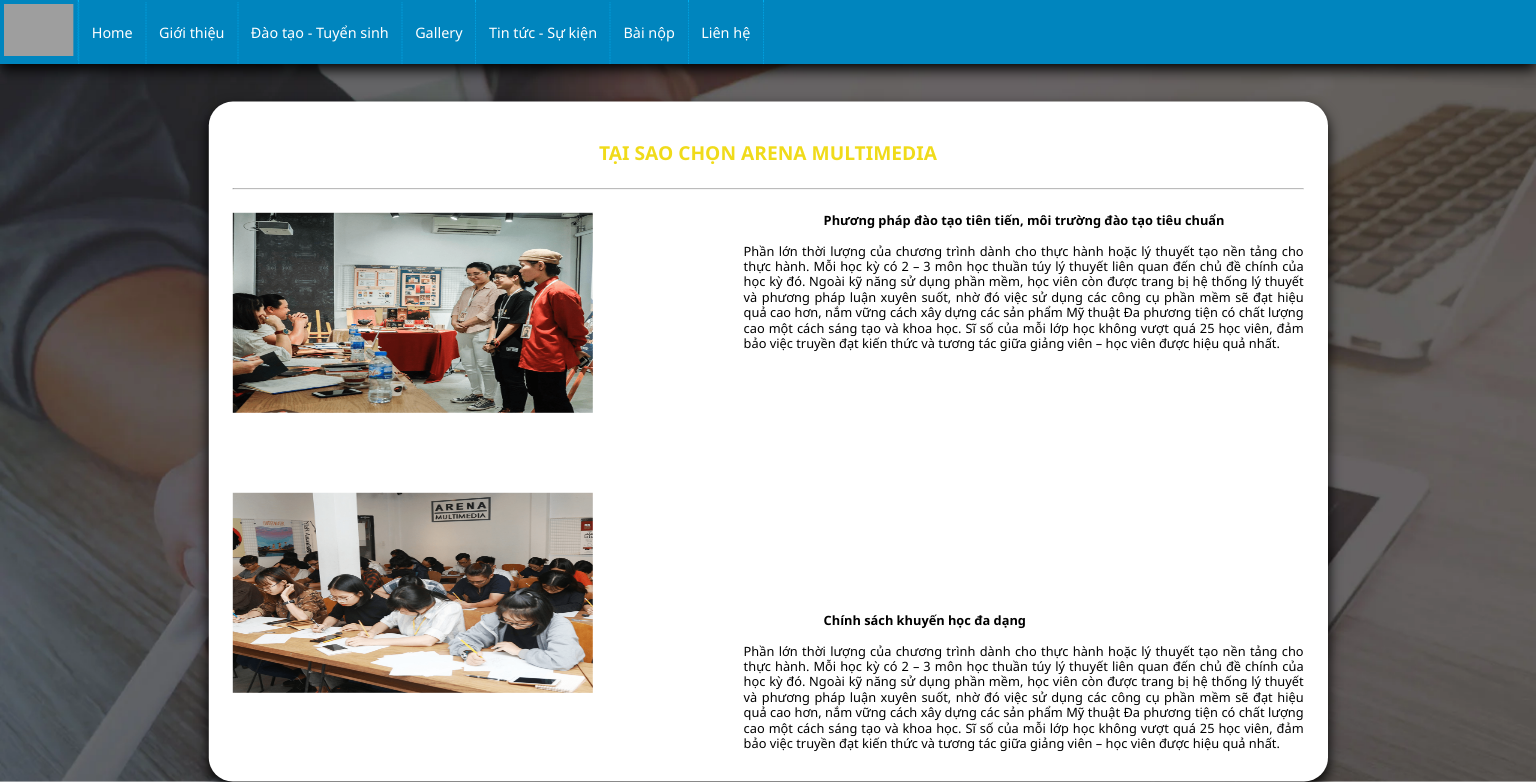
Repository: arena-dttan/dcw-final-exam-d2107m1
Page: final-list/DCW_Final_5_Nguyen-Thi-Thu-Huong_D2107M1/gioi-thieu.html
The author's editor kept a copy of each file at every save. The page is drawn from the files as they stood at one save, then again after a run of saves.
The browser window is 1280 px wide. The page is 1920 px wide, so the pictures cover 1920 px, including what lies to the right of the window. The pictures show the whole page, at 80% of full size.
Pictures or frames that could not be fetched are drawn as grey boxes.

Above is the page before, as saved 2022-06-26 15:39:37.

### final-list/DCW_Final_5_Nguyen-Thi-Thu-Huong_D2107M1/gioi-thieu.html
<!DOCTYPE html>
<html>
<head>
    <meta charset="UTF-8">
    <link rel="stylesheet" href="index.css">
    <link rel="icon" href="./images/favicon.ico" />

</head>
<head>
    <!-- Các meta (siêu dữ liệu) -->
    <meta http-equiv="Content-Type" content="text/html; charset=utf-8" />

    <!-- Tiêu đề hiển thị trên thanh địa chỉ trình duyệt -->
    <title>Arena Mutimedia</title>

    <!-- icon trên thanh địa chỉ trình duyệt -->
    <link rel="icon" href="./images/favicon.ico" />

    <!-- Sử dụng font google -->
    <link rel="preconnect" href="https://fonts.googleapis.com">
    <link rel="preconnect" href="https://fonts.gstatic.com" crossorigin>
    <link href="https://fonts.googleapis.com/css2?family=Roboto:wght@100&display=swap" rel="stylesheet">

    <!-- external css -->
    <link rel="stylesheet" href="./css/style.css">
    <link rel="stylesheet" href="./css/menu.css">
    <link rel="stylesheet" href="./index.css">
</head>
<body id="container">
    <div id="main-menu">
        <ul class="menu">
            <li ><img style="height: 65px; margin: 5px;;" src="images/logo.webp" alt="logo"> </li>
            <li class="home">
            <a href="./index.html"> Home</a>
            </li>
            <li>
            <a href="./gioi-thieu.html"> Giới thiệu</a>
            </li>
            <li class="dropdown">
            <a class="dropdown-btn"> Đào tạo - Tuyển sinh</a>
            <div class="dropdown-content">
                <a href="./chuong-trinh-dao-tao.html">Đào tạo</a>
                <a href="./tuyen-sinh.html">Tuyển sinh</a>
            </div>
            <li>
                <a href="./gallery.html"> Gallery</a>
            </li>
            <li>
                <a href="./tin-tuc.html"> Tin tức - Sự kiện</a>
            </li>
            <li>
                <a href="./final-exam-list.html">Bài nộp</a>
            </li>

            <li>
                <a href="#">Liên hệ</a>
            </li>
            </li>
        </ul>
        <!-- id main content -->
         <div id="main-content">
            <div id="box-container">
                <div class="content">
                    <h2 style="color:rgb(240, 219, 26);">TẠI SAO CHỌN ARENA MULTIMEDIA</h2>
                    <br>
                    <hr>
                    <br>
                    <div class="img-test">
                        <img src="./images/gioi-thieu-1.png" alt="gioi-thieu-1">
                        <P>
                        <b><span>Phương pháp đào tạo tiên tiến, môi trường đào tạo tiêu chuẩn</span></b>
                        <br>
                        <br>
                        Phần lớn thời lượng của chương trình dành cho thực hành hoặc lý thuyết
                        tạo nền tảng cho thực hành. Mỗi học kỳ có 2 – 3 môn học thuần túy lý thuyết
                        liên quan đến chủ đề chính của học kỳ đó. Ngoài kỹ năng sử dụng phần
                        mềm, học viên còn được trang bị hệ thống lý thuyết và phương pháp luận
                        xuyên suốt, nhờ đó việc sử dụng các công cụ phần mềm sẽ đạt hiệu quả cao
                        hơn, nắm vững cách xây dựng các sản phẩm Mỹ thuật Đa phương tiện có
                        chất lượng cao một cách sáng tạo và khoa học.
                        Sĩ số của mỗi lớp học không vượt quá 25 học viên, đảm bảo việc truyền đạt
                        kiến thức và tương tác giữa giảng viên – học viên được hiệu quả nhất.</P>
                    </div>
                        <P class="text">
                        <b><span>Chính sách khuyến học đa dạng
                        </span></b>
                        <br>
                        <br>
                        Phần lớn thời lượng của chương trình dành cho thực hành hoặc lý thuyết
                        tạo nền tảng cho thực hành. Mỗi học kỳ có 2 – 3 môn học thuần túy lý thuyết
                        liên quan đến chủ đề chính của học kỳ đó. Ngoài kỹ năng sử dụng phần
                        mềm, học viên còn được trang bị hệ thống lý thuyết và phương pháp luận
                        xuyên suốt, nhờ đó việc sử dụng các công cụ phần mềm sẽ đạt hiệu quả cao
                        hơn, nắm vững cách xây dựng các sản phẩm Mỹ thuật Đa phương tiện có
                        chất lượng cao một cách sáng tạo và khoa học.
                        Sĩ số của mỗi lớp học không vượt quá 25 học viên, đảm bảo việc truyền đạt
                        kiến thức và tương tác giữa giảng viên – học viên được hiệu quả nhất.</P>
                        <img class="img2" src="./images/gioi-thieu-2.png" alt="gioi-thieu-2">

                    </div>
                </div>
            </div>

        </div>
    </div>
</body>
</html>

### final-list/DCW_Final_5_Nguyen-Thi-Thu-Huong_D2107M1/index.css
/* Sử dụng cho định dạng main menu */
body, html {
    height: 100%;
    width: 1920px;
    background-image: url('images/head-bg.webp'); width: 1920px; height: 100%; background-repeat: no-repeat;
    font-family: 'Segoe UI';
}
* {
    margin: 0;
    padding: 0;
    box-sizing: border-box;
}
body {
    position: absolute;
}
#container {
    width: 1920px;
    height: 100%;
    justify-content: center;
    display: inline-block;
    margin: 0;
    padding: 0;
    display: inline-block;
}
#main-menu {
    max-width: 1920px;
    height: 100px;
    margin: 0;
    padding: 0;
}
.menu {
    height: 80px;
    line-height: 80px;
    text-align: center;
    justify-content: center;
    display: inline-block;
}
ul {
    list-style-type: none;
    overflow: hidden;
    background-color: #0085be;
    width: 100%;
    box-shadow: 0 8px 16px 0 rgba(0, 0, 0, 2);
    display: inline-block;
}
.home {
    border-left: 0.01em dotted #00aeef;
}
li {
    float: left;
    border-right: 0.01em dotted #00aeef;
    font-size: 18px;
}

li.dropdown {
    display: inline-block;
    min-width: 100px;
}

li a:hover,
.dropdown:hover {
    background: #00aeef;
}

li a,
.dropdown-btn {
    display: inline-block;
    color: white;
    text-align: center;
    padding: 0 16px;
    text-decoration: none;
}
.dropdown-content {
    display: none;
    position: absolute;
    background: #F8C800;
    background: #0085be;
    min-width: 200px;
    border-bottom: 0.01em dotted #00aeef;
    box-shadow: 0 8px 16px 0 rgba(0, 0, 0, 2);
    z-index: 1;
    top: 80px;
    transition: all .3s ease-in-out;
}
.dropdown-content a {
    color: white;
    padding: 10px 16px;
    text-decoration: none;
    display: block;
    text-align: center;
    line-height: 2;
}
.dropdown-content a:hover {
    background: #00aeef;
}
.dropdown:hover .dropdown-content {
    display: block;
}

.text {
    margin-left: 40px;
    padding-top: 150px;
}
.button {

    font-size: 18px;
    width: 150px;
    height: 50px;
    background: #F8C800;
    border-radius: 40px;
    color: white;
    margin-top: 10px;
    margin-left: 70px;
}
#main-content {
    width: 1920px;
    height: 100%;
    margin: 0;
    padding: 0;
    display: inline-block;
    align-items: center;
    justify-content: center;

}
#box-container {
    background-color: rgb(255, 255, 255);
    box-shadow: 0 8px 16px 0 rgba(0, 0, 0, 2);
    margin-top: 43px;
    background-color: rgb(255, 255, 255);
    box-shadow: 0 8px 16px 0 rgb(0 0 0);
    width: 1399px;
    height: 850px;
    border-radius: 55px;
    margin-left: auto;
    margin-right: auto;
    border-radius: 30px;

}
.content {
    margin: 30px;
    padding-top: 50px;
}
h2 {
    text-align: center;
}
p {
    float: right;
    position: relative;
    width: 700px;
    height: 350px;
    text-align: justify;
}
span {
    position: relative;
    left: 100px;
}
img {
    float: left;
}
p.t {
    float: left;
    position: relative;
    width: 700px;
    height: 350px;
    text-align: justify;
}
span {
    position: relative;
    left: 100px;
}
img {
    float: left;
}

### final-list/DCW_Final_5_Nguyen-Thi-Thu-Huong_D2107M1/css/style.css
html {
    box-sizing: border-box;
    width: 100%;
    height: 100%;
}

body {
    width: 100%;
    height: 100%;
    background: url("../images/head-bg.webp");
    font-size: 16px;
    font-family: 'Segoe UI', Tahoma, Geneva, Verdana, sans-serif;
    line-height: 1.2;
}

* {
    margin: 0;
    padding: 0;
}

*,
*:before,
*:after {
    box-sizing: border-box;
}

input,
textarea,
select,
button {
    outline: none;
}

input {
    line-height: normal;
}

label,
button {
    cursor: pointer;
}

a {
    text-decoration: none;
}

img {
    display: block;
    max-width: 100%;
}

#container {
    width: 100%;
    height: 100%;
    text-align: center;
}

#logo {
    float: left;
}

#logo img {
    width: 130px;
    padding: 10px;
}

#header {
    background: #0085be;
    box-shadow: 0 8px 16px 0 rgba(0, 0, 0, 2);
}

#banner img {
    height: 500px;
    width: 100%;
}

#content-index {
    margin: 100px 10px 10px 50px;
}

.btn {
    width: 150px;
    height: 40px;
    line-height: 40px;
    background: #F8C800;
    display: block;
    text-align: center;
    text-transform: uppercase;
    font-weight: bold;
    border-radius: 2em;
    -webkit-border-radius: 2em;
    -moz-border-radius: 2em;
    -ms-border-radius: 2em;
    -o-border-radius: 2em;
    margin: 20px 50px;
}

.btn a {
    color: white;
}

#main-content {
    background: none;
    min-height: 400px;
    margin: 40px;
}

#main-page {
    background: white;
    color: black;
    border: 1px solid blue;
    border-radius: 3em;
    width: 80%;
    min-height: 400px;
    padding: 20px;
    display: inline-block;
    box-sizing: border-box;
    margin-bottom: 40px;
}

.content img {
    width: 450px;
    height: 250px;
}

.text-uppercase {
    text-transform: uppercase;
}

.main-title {
    color: #F8C800;
    font-size: 30px;
    font-weight: 700 !important;
    margin: 30px 0;
}

.normal-list {
    list-style-type: disc;
    margin: 10px;
    padding: 10px;
    overflow: visible;
    background: none;
}

.normal-list li {
    clear: both;
}

h4 {
    text-align: left;
    font-size: 20px;
}

h3 {
    padding-bottom: 20px;
}

hr {
    margin: 10px 0;
}

p {
    text-align: justify;
}

### final-list/DCW_Final_5_Nguyen-Thi-Thu-Huong_D2107M1/css/menu.css
/* Sử dụng cho định dạng main menu */

.menu {
    height: 80px;
    line-height: 80px;
}

.home {
    border-left: 0.01em dotted #00aeef;
}

ul {
    list-style-type: none;
    margin: 0;
    padding: 0;
    overflow: hidden;
    /* background: #F8C800; */
    background: #0085be;
    /* box-shadow: 0 8px 16px 0 rgba(0, 0, 0, 2); */
}

li {
    float: left;
    border-right: 0.01em dotted #00aeef;
    font-size: 18px;
}

li.dropdown {
    display: inline-block;
    min-width: 100px;
}

li a:hover,
.dropdown:hover {
    background: #00aeef;
}

li a,
.dropdown-btn {
    display: inline-block;
    color: white;
    text-align: center;
    padding: 0 16px;
    text-decoration: none;
}

.dropdown-content {
    display: none;
    position: absolute;
    /*background: #F8C800;
    */
    background: #0085be;
    min-width: 200px;
    border-bottom: 0.01em dotted #00aeef;
    box-shadow: 0 8px 16px 0 rgba(0, 0, 0, 2);
    z-index: 1;
    top: 80px;
    transition: all .3s ease-in-out;
}

.dropdown-content a {
    color: white;
    padding: 10px 16px;
    text-decoration: none;
    display: block;
    text-align: center;
    line-height: 2;
}

.dropdown-content a:hover {
    background: #00aeef;
}

.dropdown:hover .dropdown-content {
    display: block;
}

After the next 2 saves:
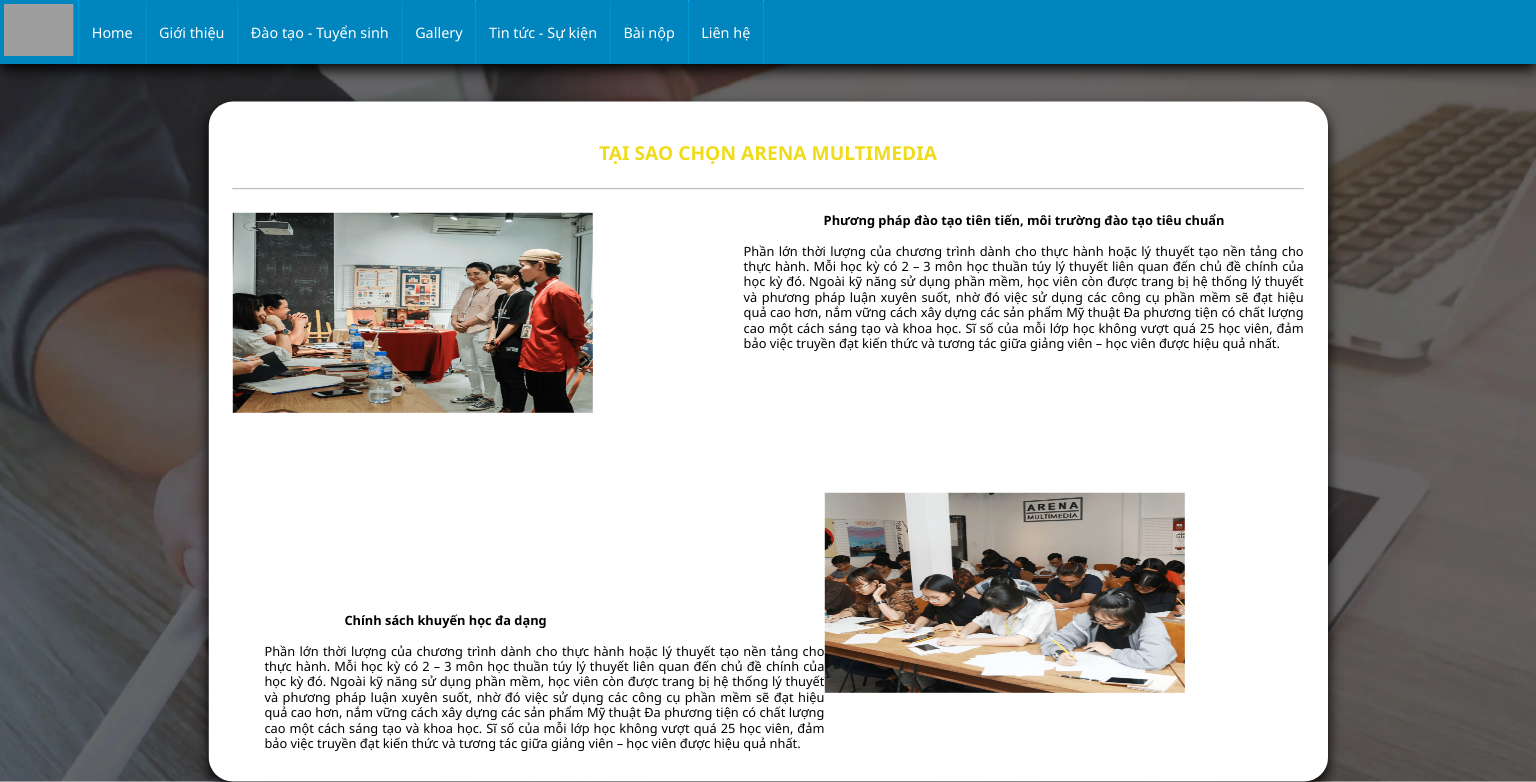
The 2 saves are shown as one change because they came seconds apart.
The last was saved 5 s later.
--- a/final-list/DCW_Final_5_Nguyen-Thi-Thu-Huong_D2107M1/index.css
+++ b/final-list/DCW_Final_5_Nguyen-Thi-Thu-Huong_D2107M1/index.css
@@ -157,7 +157,7 @@
 img {
     float: left;
 }
-p.t {
+p.text {
     float: left;
     position: relative;
     width: 700px;
